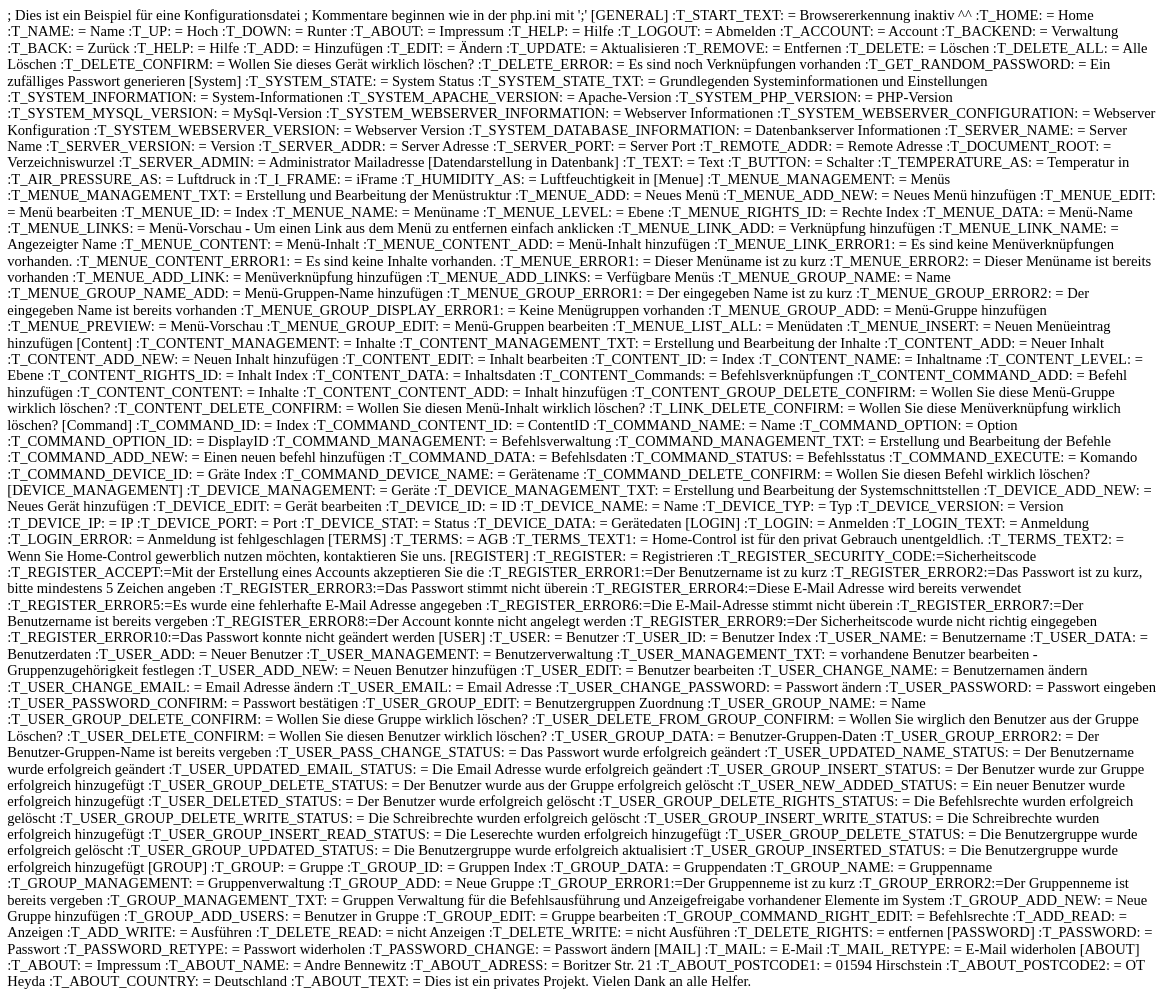
Repository: 0xF3ERROR/Home-Control
Page: http://localhost/language/lang_Ger.php
The author's editor kept a copy of each file at every save. The page is drawn from the files as they stood at one save, then again after the next save.
The browser window is 1280 px wide. The pictures show the whole page, at 91% of full size.
The page is run by PHP 8.4 with error messages shown; the project is at /var/www/html/.

Above is the page before, as saved 2012-09-17 20:06:03.

After the next save:
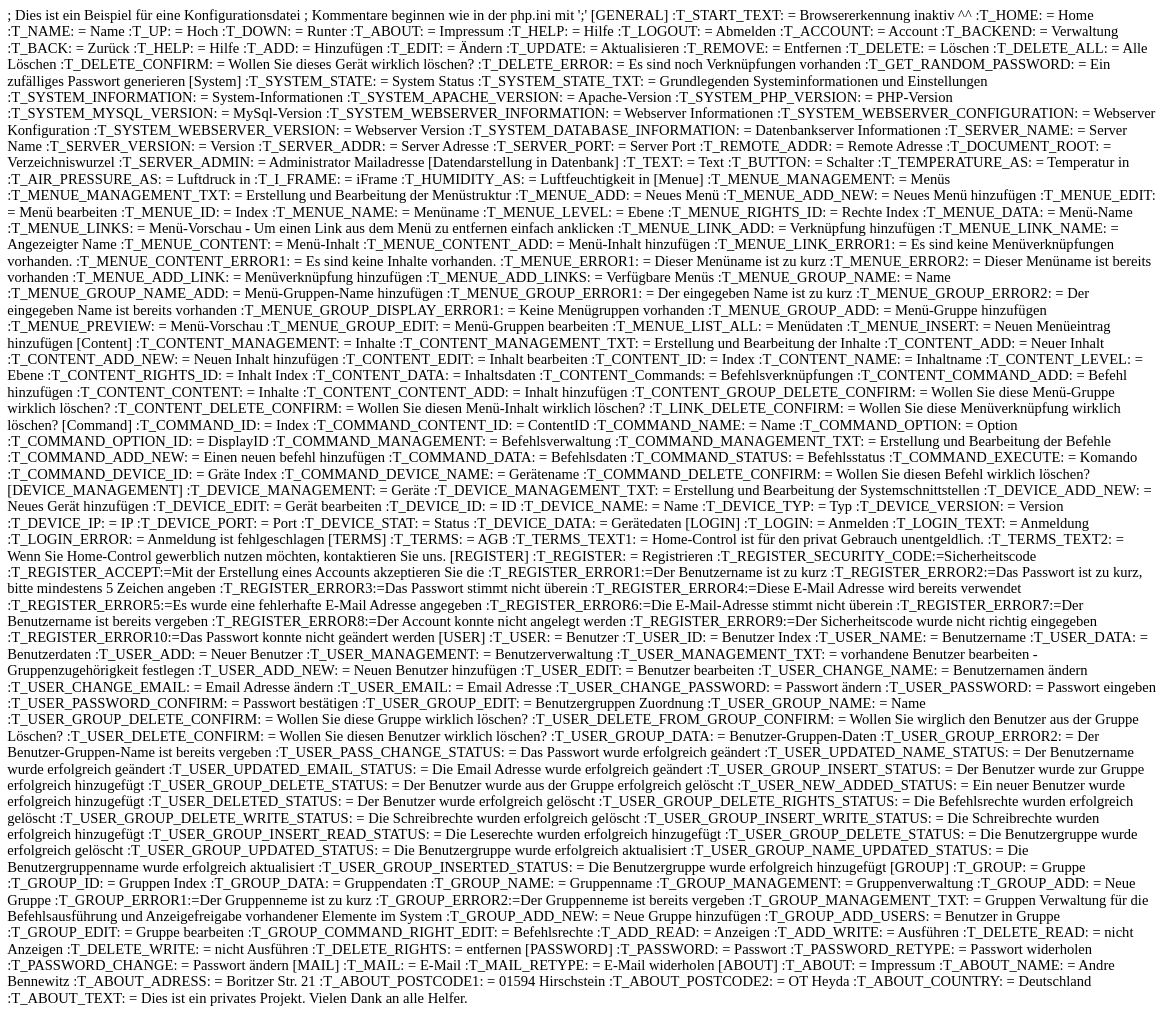
Saved 51 s later.
--- a/Source/language/lang_Ger.php
+++ b/Source/language/lang_Ger.php
@@ -212,6 +212,7 @@
 :T_USER_GROUP_INSERT_READ_STATUS: = Die Leserechte wurden erfolgreich hinzugefügt
 :T_USER_GROUP_DELETE_STATUS: = Die Benutzergruppe wurde erfolgreich gelöscht
 :T_USER_GROUP_UPDATED_STATUS: = Die Benutzergruppe wurde erfolgreich aktualisiert
+:T_USER_GROUP_NAME_UPDATED_STATUS: = Die Benutzergruppenname wurde erfolgreich aktualisiert
 :T_USER_GROUP_INSERTED_STATUS: = Die Benutzergruppe wurde erfolgreich hinzugefügt
 
 
